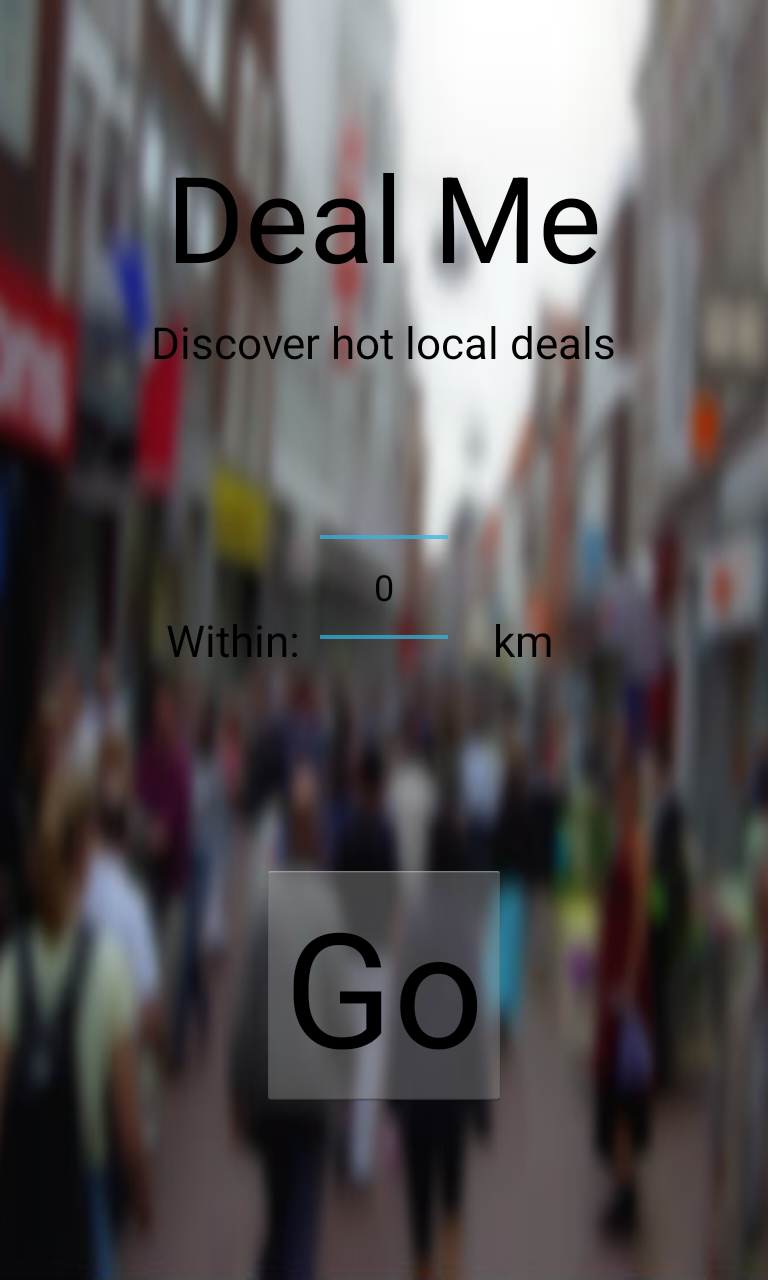
Repository: vmathur/mchacks
Layout: mobile/DealMe/res/layout/activity_main.xml
The author's editor kept a copy of each file at every save. The layout is drawn from the files as they stood at one save, then again after the next save.
It is drawn on a 768 x 1280 px phone screen (xhdpi) without system bars, with theme AppTheme; the app's code is not run.

Above is the layout before, as saved 2014-02-23 05:09:47.

### mobile/DealMe/res/layout/activity_main.xml
<RelativeLayout xmlns:android="http://schemas.android.com/apk/res/android"
    xmlns:tools="http://schemas.android.com/tools"
    android:layout_width="match_parent"
    android:layout_height="match_parent"
    android:paddingBottom="@dimen/activity_vertical_margin"
    android:paddingLeft="@dimen/activity_horizontal_margin"
    android:background="@drawable/bg"
    android:paddingRight="@dimen/activity_horizontal_margin"
    android:paddingTop="@dimen/activity_vertical_margin"
    tools:context=".Main" >

    <TextView
        android:id="@+id/textView1"
        android:layout_width="wrap_content"
        android:layout_height="wrap_content"
        android:layout_alignParentTop="true"
        android:layout_centerHorizontal="true"
        android:layout_marginTop="140dp"

        android:text="Discover hot local deals"
        android:textAppearance="?android:attr/textAppearanceLarge" />

    <Button
        android:id="@+id/getdeals"
        android:layout_width="wrap_content"
        android:layout_height="wrap_content"
        android:layout_alignParentBottom="true"
        android:layout_centerHorizontal="true"
        android:layout_marginBottom="70dp"
        android:text="Go"
        android:textSize="80dp"/>



    <TextView
        android:id="@+id/TextView01"
        android:layout_width="wrap_content"
        android:layout_height="wrap_content"
        android:layout_alignBottom="@+id/numberPicker1"
        android:layout_alignLeft="@+id/textView1"
        android:layout_marginBottom="49dp"
        android:text="Within: "
        android:textAppearance="?android:attr/textAppearanceLarge" />

    <TextView
        android:id="@+id/TextView02"
        android:layout_width="wrap_content"
        android:layout_height="wrap_content"
        android:layout_alignBaseline="@+id/TextView01"
        android:layout_alignBottom="@+id/TextView01"
        android:layout_alignRight="@+id/textView1"
        android:layout_marginRight="24dp"
        android:text="km"
        android:textAppearance="?android:attr/textAppearanceLarge" />

    <TextView
        android:id="@+id/textView1"
        android:layout_width="wrap_content"
        android:layout_height="wrap_content"
        android:layout_alignParentTop="true"
        android:layout_centerHorizontal="true"
        android:layout_marginTop="52dp"
        android:text="Deal Me"
        android:textAppearance="?android:attr/textAppearanceLarge"
        android:textSize="60dp" />

    <NumberPicker
        android:id="@+id/numberPicker1"
        android:layout_width="wrap_content"
        android:layout_height="wrap_content"
        android:layout_above="@+id/getdeals"
        android:layout_centerHorizontal="true"
        android:layout_marginBottom="48dp" />

</RelativeLayout>

Loaded but not shown: mobile/DealMe/res/values/styles.xml (common file); mobile/DealMe/res/values-v11/styles.xml (common file); mobile/DealMe/res/values-v14/styles.xml (common file); mobile/DealMe/res/values/dimens.xml (common file)

After the next save:
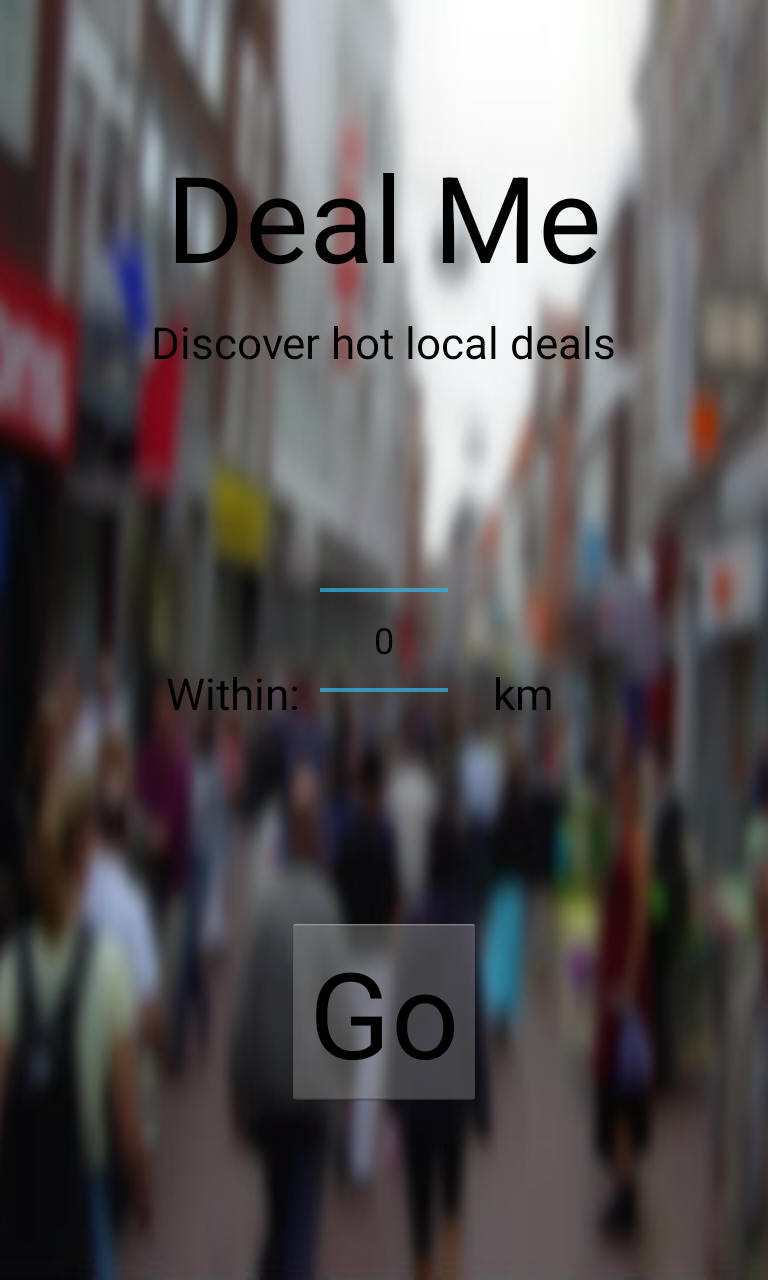
Saved 15 s later.
--- a/mobile/DealMe/res/layout/activity_main.xml
+++ b/mobile/DealMe/res/layout/activity_main.xml
@@ -28,7 +28,7 @@
         android:layout_centerHorizontal="true"
         android:layout_marginBottom="70dp"
         android:text="Go"
-        android:textSize="80dp"/>
+        android:textSize="60dp"/>
 
 
 
